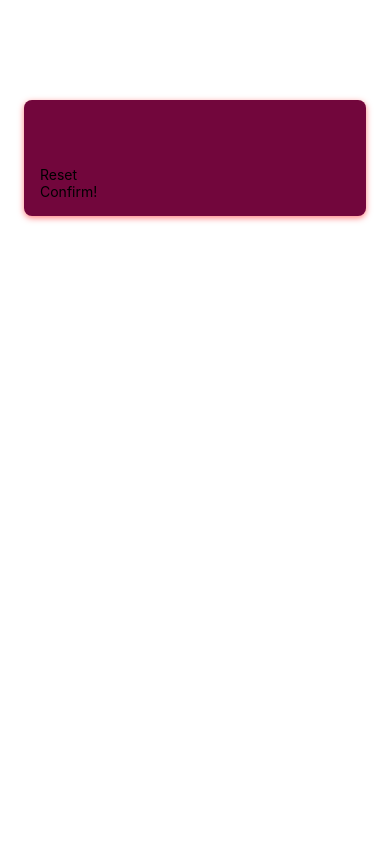
Repository: SyLe-Van/Number-Guessing-Game
Screen: /
The author's editor kept a copy of each file at every save. The screen is drawn from the files as they stood at one save, then again after the next save.
The app was drawn by React Native's web renderer in a window 390 px wide. The project was rebuilt for these pictures with package versions that can differ from the ones it lists, and the page was loaded fresh each time.

Above is the screen before, as saved 2024-02-01 23:24:18.

After the next save:
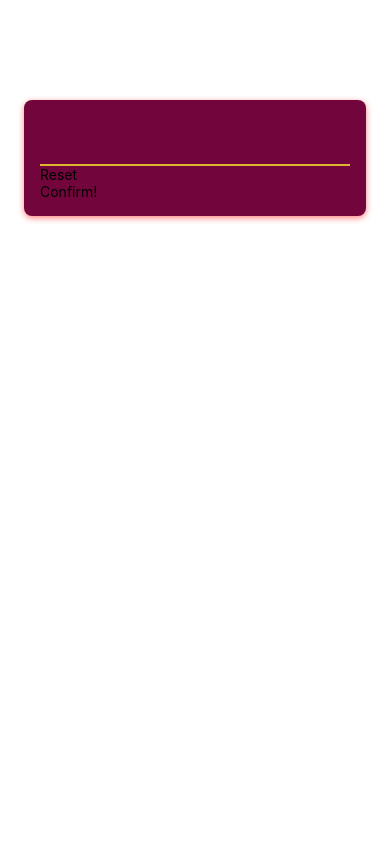
Saved 48 s later.
--- a/screens/StartGameScreen.js
+++ b/screens/StartGameScreen.js
@@ -25,6 +25,7 @@ const styles = StyleSheet.create({
     height: 50,
     fontSize: 30,
     borderBottomColor: "#ddb52f",
+    borderBottomWidth: 2,
   },
 });
 export default StartGameScreen;
